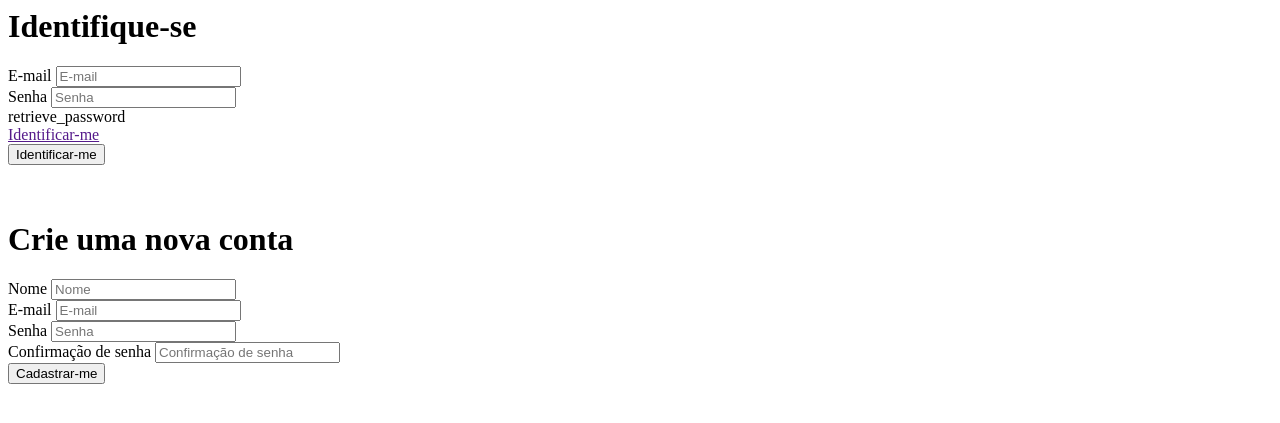
Repository: organicos/organicos.github.io
Page: partials/security/signin.html
The author's editor kept a record of every edit. The page is drawn from the files as they stood at one moment, then again after the next edit.
The browser window is 1280 px wide. The pictures show the whole page.

Above is the page before.

After the next edit:
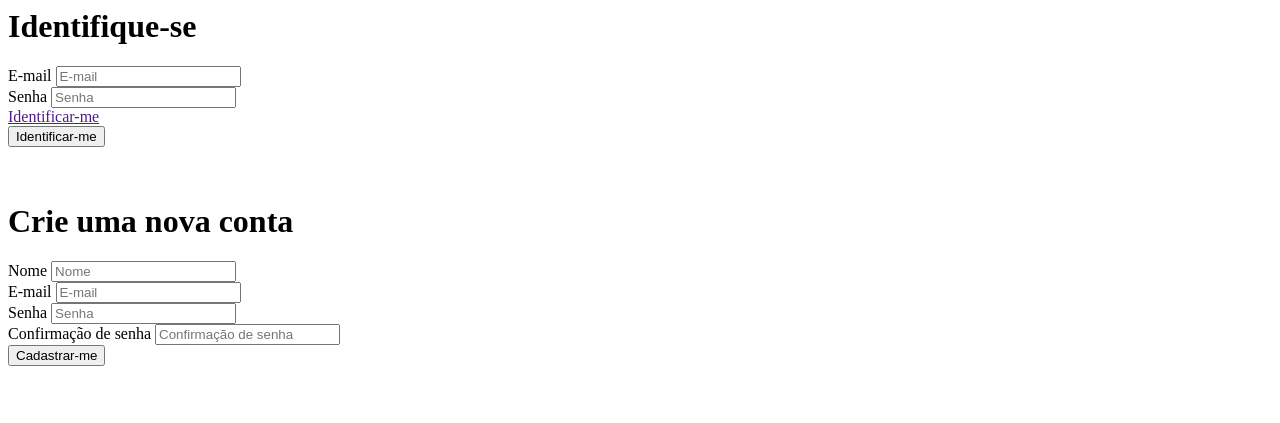
The edit:
--- a/partials/security/signin.html
+++ b/partials/security/signin.html
@@ -9,7 +9,7 @@
             <div class="form-group">
                 <label for="password" class="control-label">Senha</label>
                 <input type="password" class="form-control" id="password" placeholder="Senha" ng-model="password">
-            </div>retrieve_password
+            </div>
             <div class="form-group">
                 <a href="" class="btn btn-link" ng-disabled="processingSignInUp">Identificar-me</a>
             </div>
